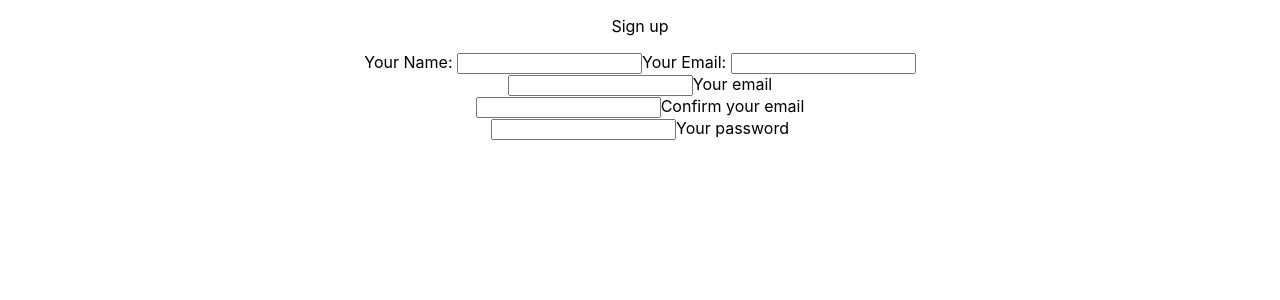
Repository: Rubin78/loginform
Page: /
The author's editor kept a copy of each file at every save. The page is drawn from the files as they stood at one save, then again after the next save.
The browser window is 1280 px wide. The pictures show the whole page.
The project was rebuilt for these pictures with package versions that can differ from the ones it lists, and the page was loaded fresh each time. Also part of the build but not shown: src/loginform/loginform.js.

Above is the page before, as saved 2021-02-12 13:46:34.

After the next save:
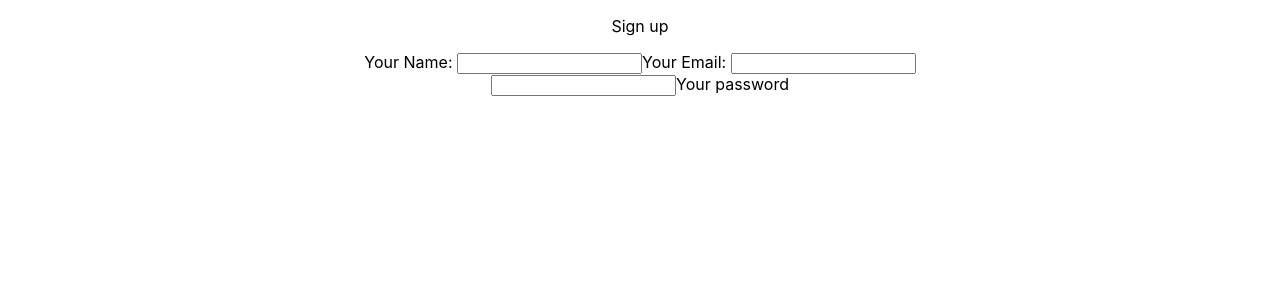
Saved 9 s later.
--- a/src/loginform/signupform.js
+++ b/src/loginform/signupform.js
@@ -34,24 +34,6 @@ const FormPage = () => {
                 // success="right"
               />
               <MDBInput
-                label="Your email"
-                icon="envelope"
-                group
-                type="email"
-                validate
-                error="wrong"
-                success="right"
-              />
-              <MDBInput
-                label="Confirm your email"
-                icon="exclamation-triangle"
-                group
-                type="text"
-                validate
-                error="wrong"
-                success="right"
-              />
-              <MDBInput
                 label="Your password"
                 icon="lock"
                 group
